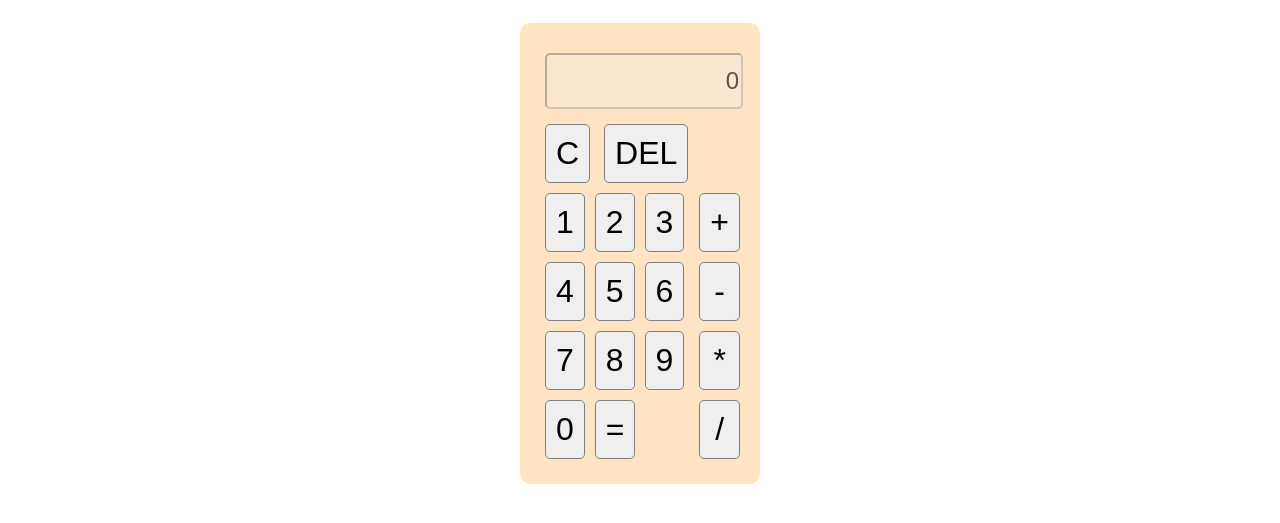
Repository: jaskeat/Calculator
Page: index.html
These files come from the project's save history. The page is drawn as it stood at one moment and after the next save; the edit follows.
The browser window is 1280 px wide. The pictures show the whole page.

Above is the page before, as saved 2024-09-05 13:21:31.

After the next save:
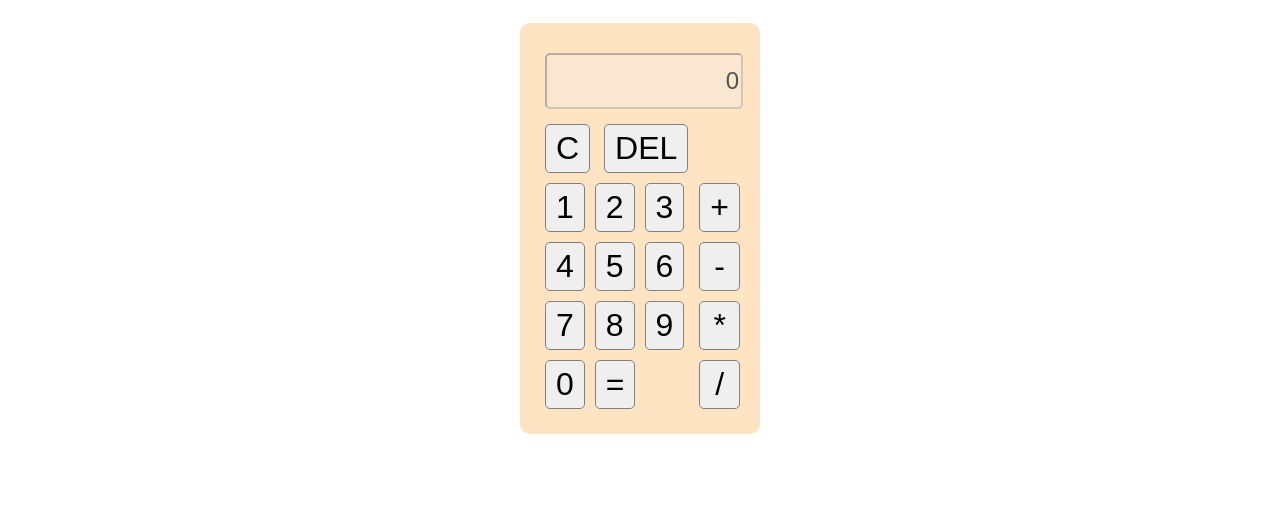
Saved 4 s later.
--- a/style.css
+++ b/style.css
@@ -18,7 +18,7 @@
 	border-radius: 5px;
 	border: 1px grey solid;
 	font-size: 1.3rem;
-	padding: 5px 10px; !important
+	padding: 5px 10px !important;
 }
 
 button:hover {

After the save that followed:
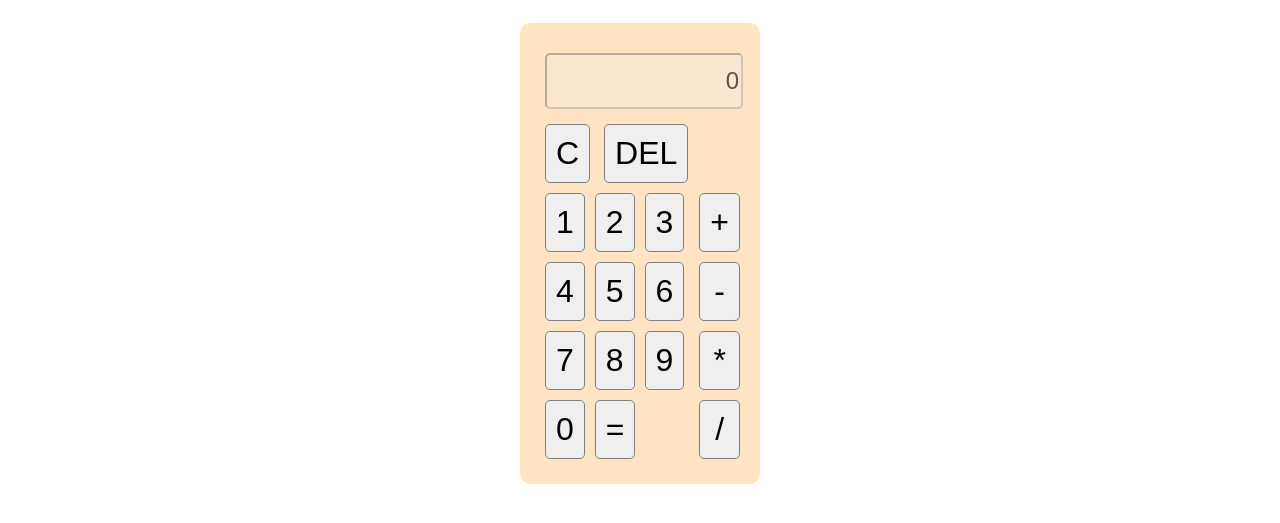
Saved 5 s later.
--- a/style.css
+++ b/style.css
@@ -18,7 +18,6 @@
 	border-radius: 5px;
 	border: 1px grey solid;
 	font-size: 1.3rem;
-	padding: 5px 10px !important;
 }
 
 button:hover {
